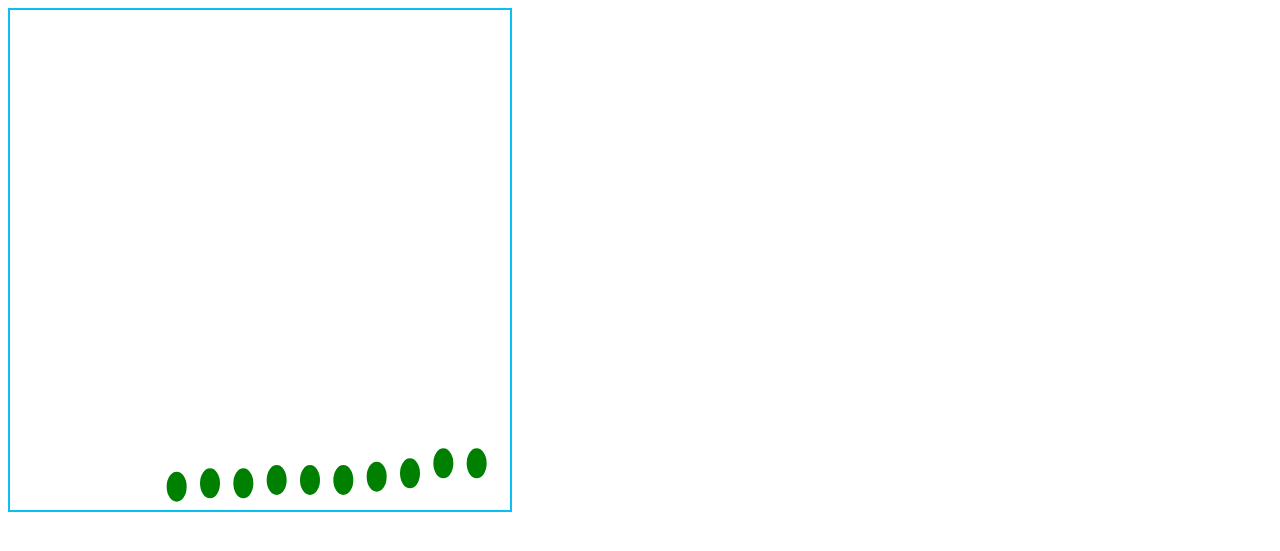
Repository: Jubair-Ahmed-Junjun/js-graphics
Page: Scatter Plots.html
These files come from the project's save history. The page is drawn as it stood at one moment and after the next save; the edit follows.
The browser window is 1280 px wide. The pictures show the whole page.

Above is the page before, as saved 2022-08-08 21:48:57.

After the next save:
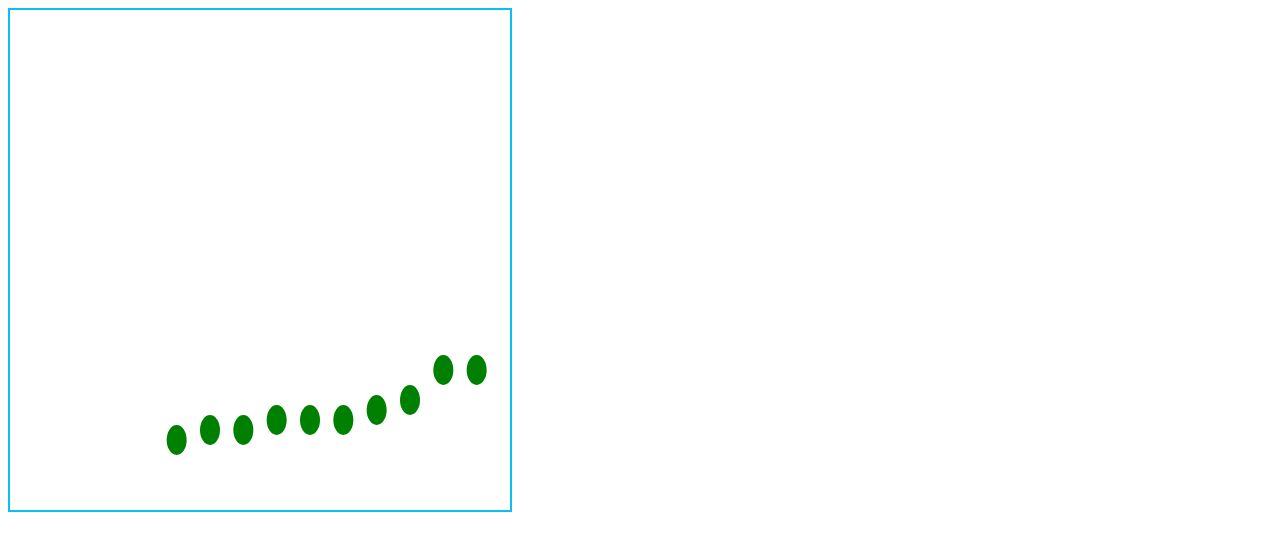
Saved 9 s later.
--- a/Scatter Plots.html
+++ b/Scatter Plots.html
@@ -18,7 +18,7 @@ const yArray = [7,8,8,9,9,9,10,11,14,14,15];
 ctx.fillStyle = "green";
 for (let i = 0; i < xArray.length-1; i++) {
   let x = xArray[i] * xMax/150;
-  let y = yArray[i] * yMax/150;
+  let y = yArray[i] * yMax/50;
   ctx.beginPath();
   ctx.ellipse(x, y, 10, 15, 0, 0, Math.PI * 2);
 
